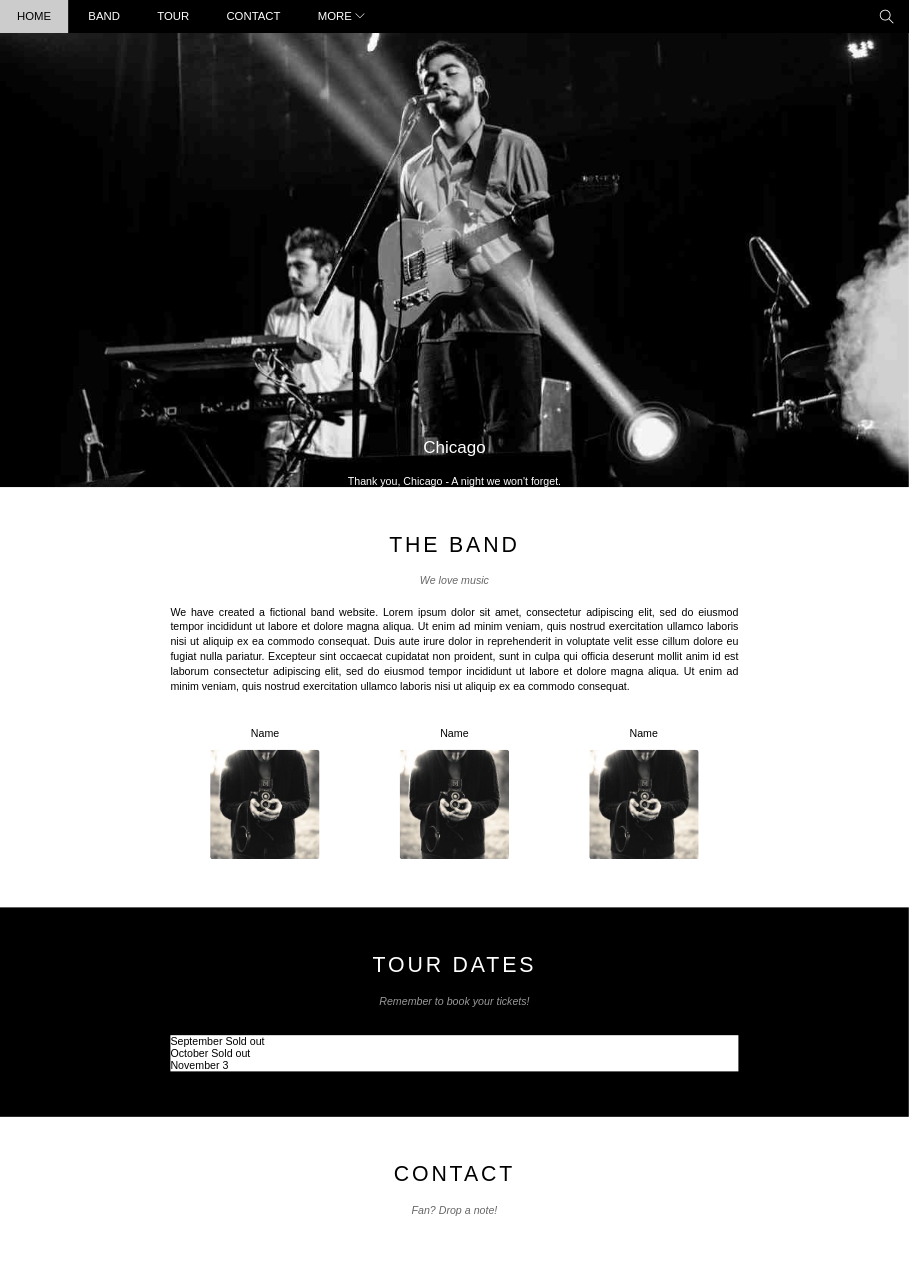
Repository: Thanhtrunghoang123/the-band
Page: index.html
These files come from the project's save history. The page is drawn as it stood at one moment and after the next save; the edit follows.
The browser window is 1280 px wide. The pictures show the whole page, at 71% of full size.

Above is the page before, as saved 2022-07-21 07:13:29.

After the next save:
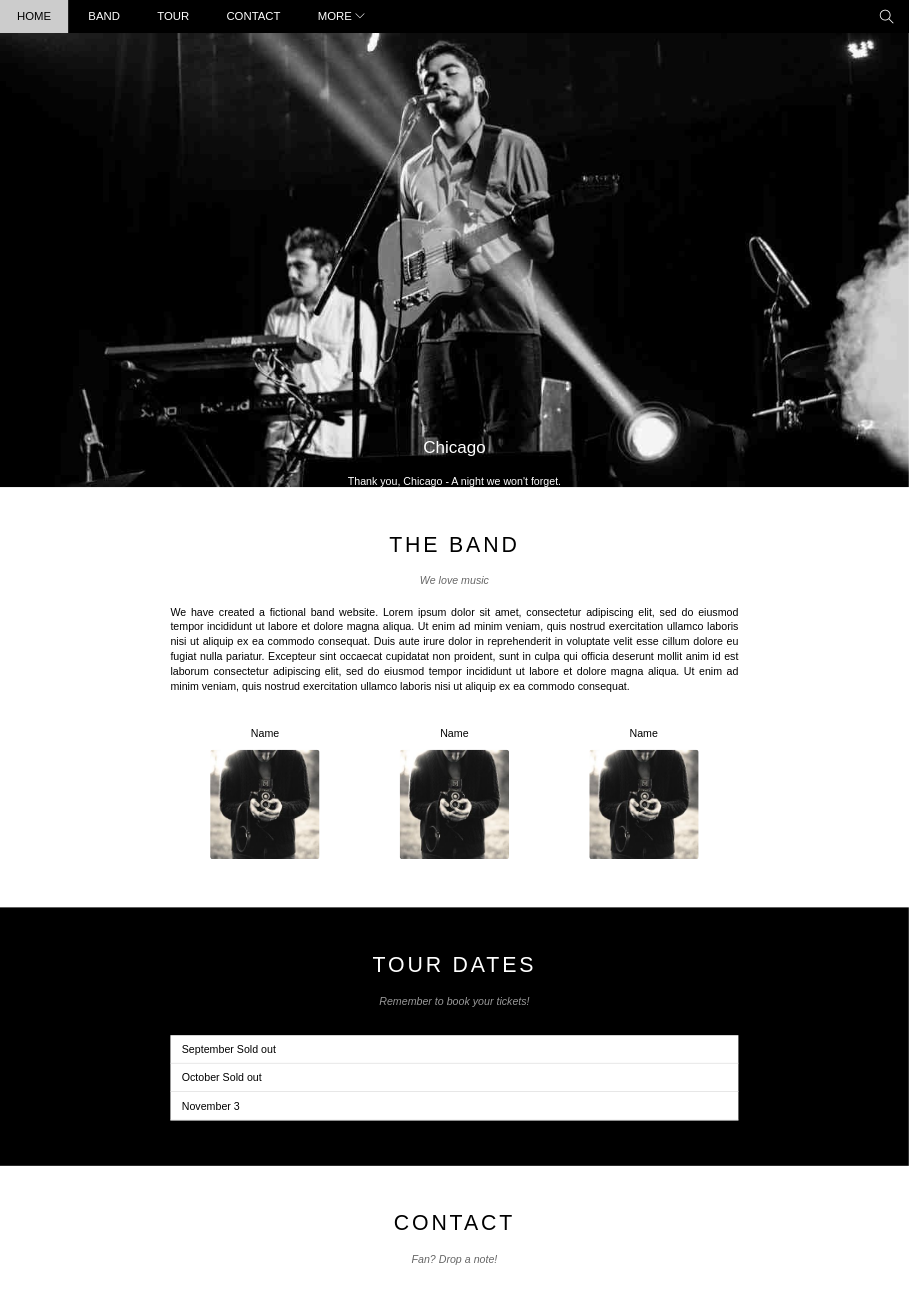
Saved 2 min 0 s later.
--- a/assest/css/style.css
+++ b/assest/css/style.css
@@ -188,6 +188,8 @@ html{
 
 .tickets-list li {
     font-size: 15px;
+    padding: 11px 16px;
+    border-bottom: 1px solid #ddd;
 }
 
 .tickets-list .sold-out{
